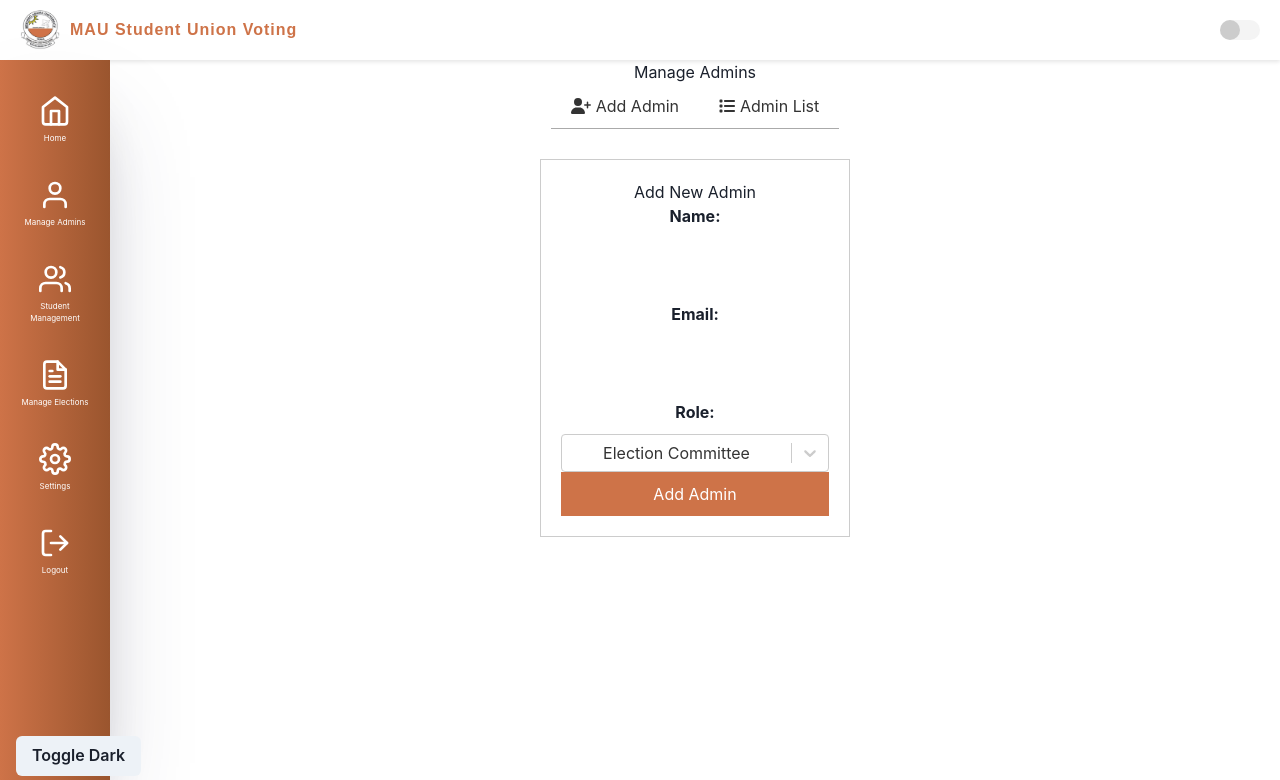
Repository: joena1o/e-vote
Page: /admin-dashboard/manage-admin
The author's editor kept a copy of each file at every save. The page is drawn from the files as they stood at one save, then again after the next save.
The browser window is 1280 px wide. The pictures show the whole page.
The project was rebuilt for these pictures with package versions that can differ from the ones it lists, and the page was loaded fresh each time. Also part of the build but not shown: src/components/EnhancedLogin.js, src/components/maincontent/RegisterStudents/ManageStudents.js, src/components/maincontent/RegisterStudents/RegisterStudents.js, src/components/maincontent/RegisterStudents/StudentManagement.js, src/components/maincontent/ElectionResults/ViewResults.js, src/components/maincontent/Settings/Settings.js, src/api/index.js, src/components/maincontent/home/Home.styles.js and 5 more.

Above is the page before, as saved 2023-10-20 14:31:09.

After the next save:
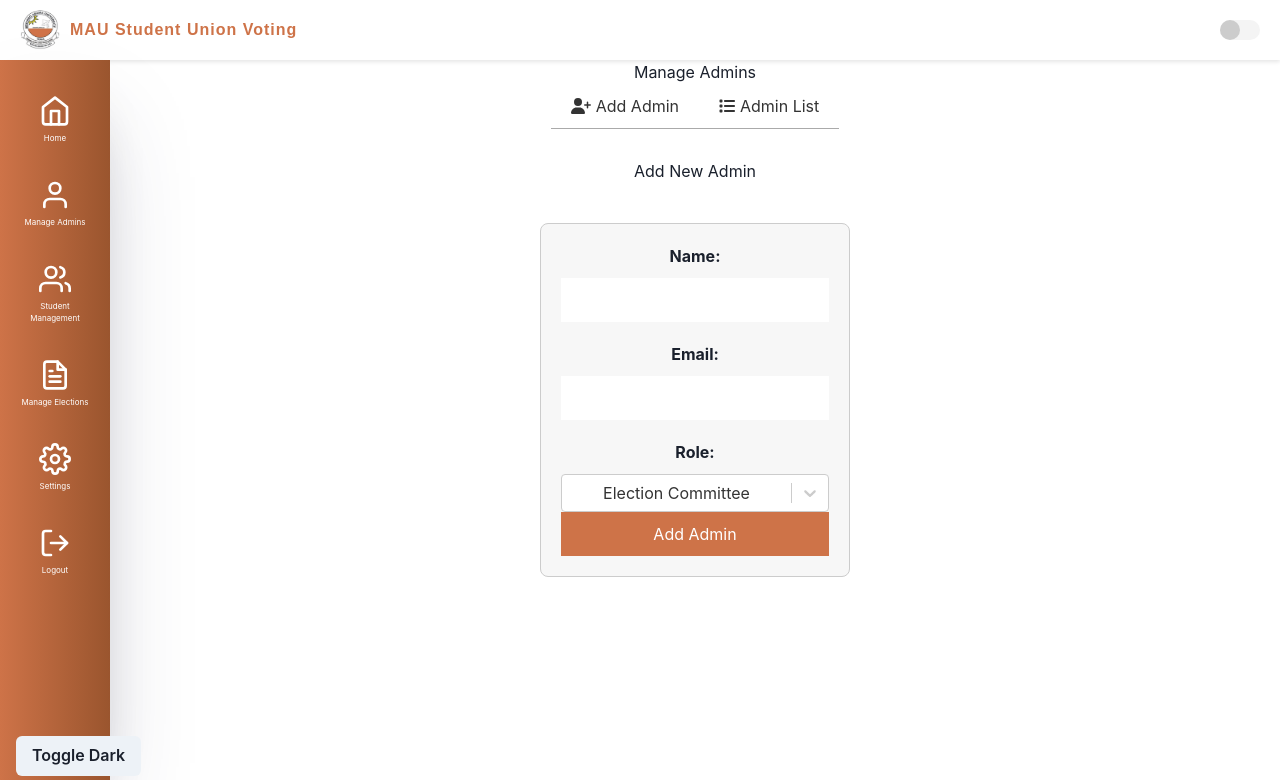
Saved 14 min 5 s later.
--- a/src/components/maincontent/ManageAdmins/AddAdmin.js
+++ b/src/components/maincontent/ManageAdmins/AddAdmin.js
@@ -5,7 +5,6 @@
 import 'react-toastify/dist/ReactToastify.css';
 import Select from 'react-select';
 import { useColorMode } from '@chakra-ui/react';
-
 
 const darkThemeStyles = {
   menu: provided => ({
@@ -30,20 +29,15 @@
   })
 };
 
-
-
-// Styled components
-const Container = styled.div`
-  margin: 20px;
-  padding: 20px;
-  border: 1px solid #ccc;
-`;
-
 const Form = styled.form`
   display: flex;
   flex-direction: column;
   max-width: 400px;
-  margin: 0 auto;
+  margin: 40px auto;
+  padding: 20px;
+  border: 1px solid #ccc;
+  border-radius: 8px;
+  background-color: #f7f7f7;
 `;
 
 const Label = styled.label`
@@ -150,8 +144,8 @@
     };
 
     return (
-      <Container>
-        <h3>Add New Admin</h3>
+      <>
+        <h3 style={{ textAlign: 'center', margin: '20px 0' }}>Add New Admin</h3>
         <Form onSubmit={handleSubmit}>
           <Label>Name:</Label>
           <Input type="text" name="name" value={adminData.name} onChange={handleChange} required />
@@ -173,8 +167,8 @@
           <Button type="submit">Add Admin</Button>
         </Form>
         <ToastContainer />
-      </Container>
+      </>
     );
-  }
+}
 
-  export default AddAdmin;
+export default AddAdmin;

After the save that followed:
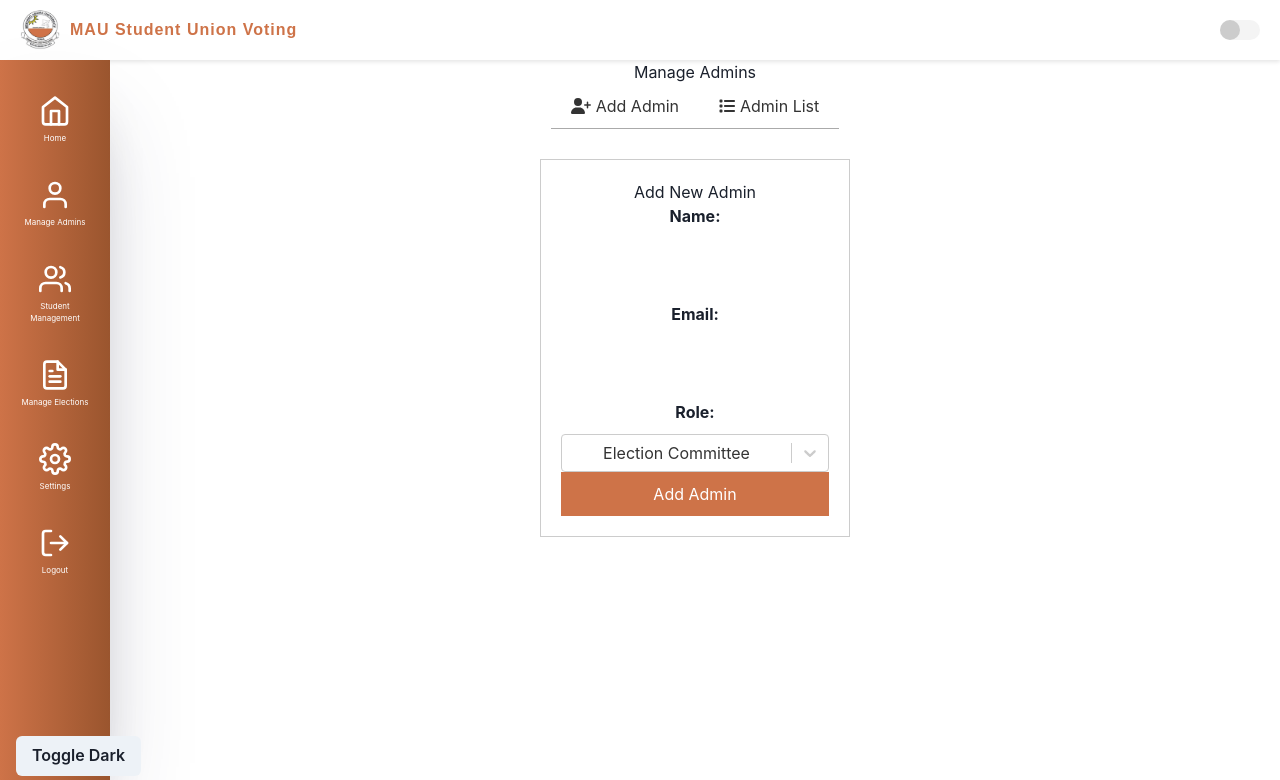
Saved 2 min 23 s later.
--- a/src/components/maincontent/ManageAdmins/AddAdmin.js
+++ b/src/components/maincontent/ManageAdmins/AddAdmin.js
@@ -5,6 +5,7 @@
 import 'react-toastify/dist/ReactToastify.css';
 import Select from 'react-select';
 import { useColorMode } from '@chakra-ui/react';
+
 
 const darkThemeStyles = {
   menu: provided => ({
@@ -29,15 +30,20 @@
   })
 };
 
+
+
+// Styled components
+const Container = styled.div`
+  margin: 20px;
+  padding: 20px;
+  border: 1px solid #ccc;
+`;
+
 const Form = styled.form`
   display: flex;
   flex-direction: column;
   max-width: 400px;
-  margin: 40px auto;
-  padding: 20px;
-  border: 1px solid #ccc;
-  border-radius: 8px;
-  background-color: #f7f7f7;
+  margin: 0 auto;
 `;
 
 const Label = styled.label`
@@ -144,8 +150,8 @@
     };
 
     return (
-      <>
-        <h3 style={{ textAlign: 'center', margin: '20px 0' }}>Add New Admin</h3>
+      <Container>
+        <h3>Add New Admin</h3>
         <Form onSubmit={handleSubmit}>
           <Label>Name:</Label>
           <Input type="text" name="name" value={adminData.name} onChange={handleChange} required />
@@ -167,8 +173,8 @@
           <Button type="submit">Add Admin</Button>
         </Form>
         <ToastContainer />
-      </>
+      </Container>
     );
-}
+  }
 
-export default AddAdmin;
+  export default AddAdmin;
